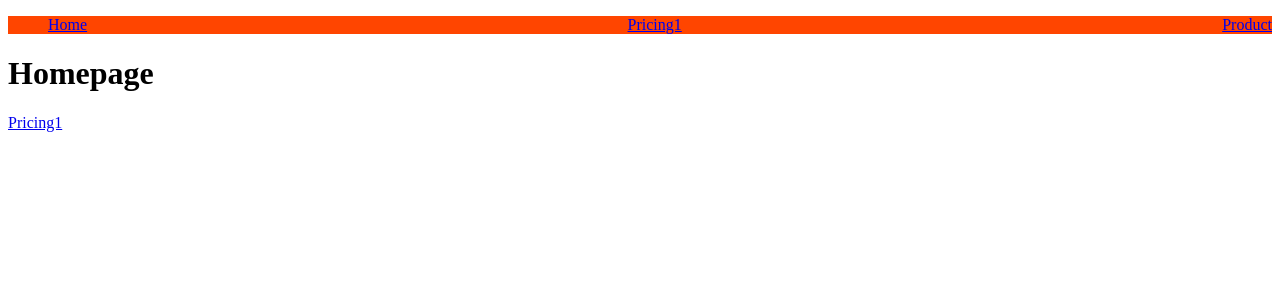
Repository: echoyol/worldwise
Page: /
These files come from the project's save history. The page is drawn as it stood at one moment and after the next save; the edit follows.
The browser window is 1280 px wide. The pictures show the whole page.
The project was rebuilt for these pictures with package versions that can differ from the ones it lists, and the page was loaded fresh each time. Also part of the build but not shown: vite.config.js, src/pages/Product.jsx, src/pages/PageNotFound.jsx, src/pages/Pricing.jsx.

Above is the page before, as saved 2023-07-16 11:26:02.

### src/App.jsx
import React from 'react'
import { BrowserRouter, Routes, Route } from 'react-router-dom'
import Product from './pages/Product'
import Homepage from './pages/Homepage'
import PageNotFound from './pages/PageNotFound'
import Pricing from './pages/Pricing'
import AppLayout from './pages/AppLayout'

function App() {
  return (
    <BrowserRouter>
      <Routes>
        <Route
          path='/'
          element={<Homepage />}
        />
        <Route
          path='product'
          element={<Product />}
        />
        <Route
          path='pricing'
          element={<Pricing />}
        />
        <Route
          path='app'
          element={<AppLayout />}
        />
        <Route
          path='*'
          element={<PageNotFound />}
        />
      </Routes>
    </BrowserRouter>
  )
}

export default App

### src/pages/Homepage.jsx
import React from 'react'
import { Link } from 'react-router-dom'
import PageNav from '../components/PageNav'

function Homepage() {
  return (
    <div>
      <PageNav />
      <h1>Homepage</h1>
      <Link to='/pricing'>Pricing1</Link>
    </div>
  )
}

export default Homepage

### src/components/PageNav.jsx
import React from 'react'
import { NavLink } from 'react-router-dom'
import styles from './PageNav.module.css'
function PageNav() {
  return (
    <nav className={styles.nav}>
      <ul>
        <li>
          <NavLink to='/'>Home</NavLink>
        </li>
        <li>
          <NavLink to='/pricing'>Pricing1</NavLink>
        </li>
        <li>
          <NavLink to='/product'>Product</NavLink>
        </li>
      </ul>
    </nav>
  )
}

export default PageNav

### src/components/PageNav.module.css
.nav {
  background-color: orangered;
}

.nav ul {
  list-style: none;
  display: flex;
  justify-content: space-between;
}

Loaded but not shown: index.html (common file); src/main.jsx (common file); src/pages/AppLayout.jsx (no stored copy; drawn as an empty file)

After the next save:
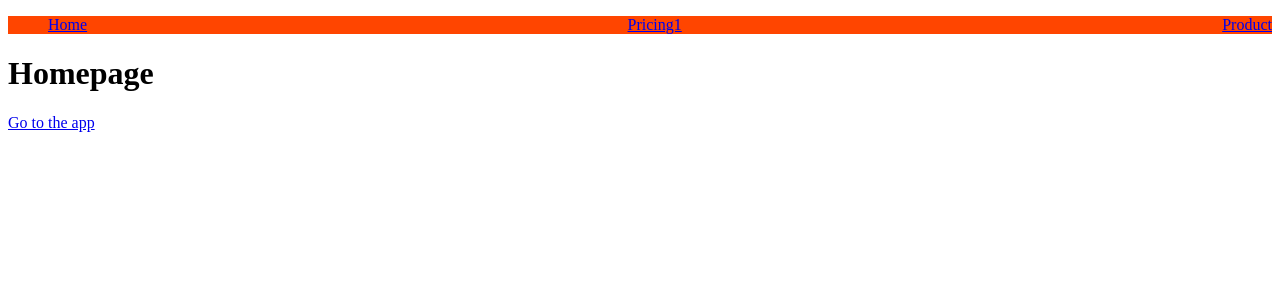
Saved 48 s later.
--- a/src/pages/Homepage.jsx
+++ b/src/pages/Homepage.jsx
@@ -7,7 +7,7 @@
     <div>
       <PageNav />
       <h1>Homepage</h1>
-      <Link to='/pricing'>Pricing1</Link>
+      <Link to='/app'>Go to the app</Link>
     </div>
   )
 }
